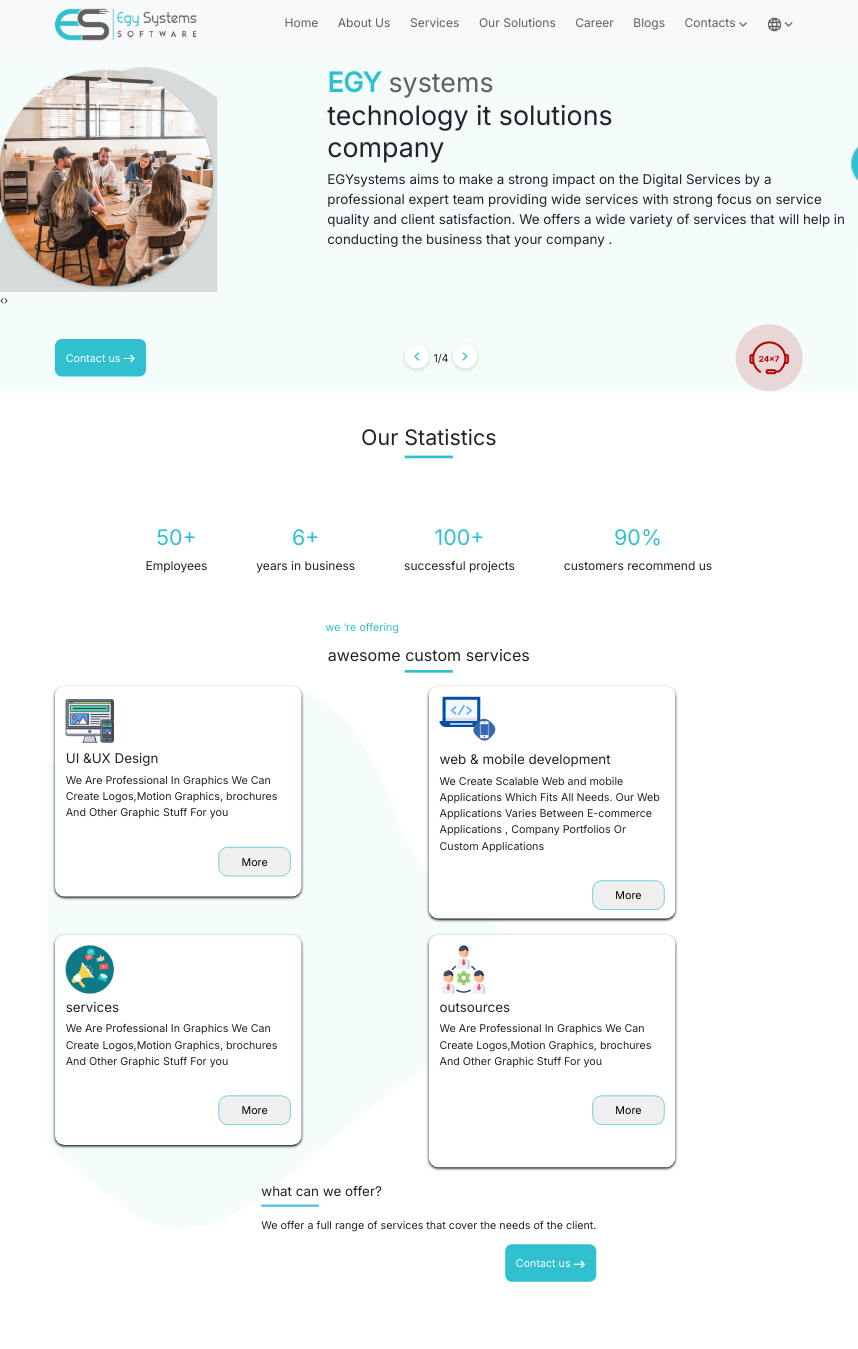
Repository: hamdyAbdelazeim/Egysystem-Home
Page: index.html
An editor plug-in stored every save of this project. The page is shown before and after a run of saves, followed by the edit.
The browser window is 1280 px wide. The pictures show the whole page, at 67% of full size.

Above is the page before, as saved 2023-07-13 17:07:58.

### index.html
<!DOCTYPE html>
<html lang="en">
  <head>
    <meta charset="UTF-8" />
    <meta name="viewport" content="width=device-width, initial-scale=1.0" />
    <title>Egy Systems</title>
    <!-- google fonts  -->
    <link rel="preconnect" href="https://fonts.googleapis.com" />
    <link rel="preconnect" href="https://fonts.gstatic.com" crossorigin />
    <link
      href="https://fonts.googleapis.com/css2?family=Inter&display=swap"
      rel="stylesheet"
    />
    <!-- bootstrap -->
    <link rel="stylesheet" href="/css/bootstrap.min.css" />
    <!-- owl css files  -->
    <link rel="stylesheet" href="/css/owl.carousel.min.css" />
    <link rel="stylesheet" href="/css/owl.theme.default.min.css" />
    <!-- css file  -->
    <link rel="stylesheet" href="/css/style.css" />
    <!-- Responsive file  -->
    <link rel="stylesheet" href="/css/responsive.css" />
  </head>
  <body>
    <!-- starting  Navbar  -->
    <nav class="navbar-cust navbar navbar-expand-lg bg-light fixed-top">
      <div class="container">
        <a href="#" class="navbar-brand"
          ><img src="/assets/logo 1.png" class="logo-img" alt="logo "
        /></a>

        <button
          class="navbar-toggler"
          type="button"
          data-bs-toggle="collapse"
          data-bs-target="#navmenu"
          style="border: none; box-shadow: none"
        >
          <span class="navbar-toggler-icon"
            ><img
              width="45"
              style="padding: 0.5rem"
              src="https://upload.wikimedia.org/wikipedia/commons/thumb/b/b2/Hamburger_icon.svg/120px-Hamburger_icon.svg.png"
              alt=""
          /></span>
        </button>

        <div class="collapse navbar-collapse" id="navmenu">
          <ul class="navbar-nav cust-ul">
            <li class="nav-item">
              <a href="#Home" class="nav-link cust-link">Home</a>
            </li>
            <li class="nav-item">
              <a href="#About" class="nav-link cust-link">About Us</a>
            </li>
            <li class="nav-item">
              <a href="#Services" class="nav-link cust-link">Services</a>
            </li>
            <li class="nav-item">
              <a href="#Solutions" class="nav-link cust-link">Our Solutions </a>
            </li>
            <li class="nav-item">
              <a href="#Career" class="nav-link cust-link">Career</a>
            </li>
            <li class="nav-item">
              <a href="#Blogs" class="nav-link cust-link">Blogs</a>
            </li>
            <li class="nav-item">
              <a href="" class="nav-link cust-link"
                >Contacts <img src="/assets/Vector.png" alt="vector"
              /></a>
            </li>
            <li class="nav-item">
              <a href="" class="nav-link language-icon"
                ><img src="/assets/language.png" alt="language" />
                <img src="/assets/Vector.png" alt=""
              /></a>
            </li>
          </ul>
        </div>
      </div>
    </nav>
    <!-- Ending Navbar  -->
    <!-- Home section  -->
    <div class="Home" id="Home">
      <div class="owl-carousel">
        <div
          class="container Home-up d-flex justify-content-center align-items-center"
        >
          <div class="Home-left">
            <h1>
              <strong class="Egy">EGY</strong>
              <span class="system">systems</span> <br />technology it
              solutions<br />
              company
            </h1>
            <p>
              EGYsystems aims to make a strong impact on the Digital Services by
              a professional expert team providing wide services with strong
              focus on service quality and client satisfaction. We offers a wide
              variety of services that will help in conducting the business that
              your company .
            </p>
          </div>
          <div class="Home-img">
            <img src="/assets/Ellipse 34.png" alt="" />
          </div>
        </div>
        <div
          class="container Home-up d-flex justify-content-center align-items-center"
        >
          <div class="Home-left">
            <h1>
              <strong class="Egy">EGY</strong>
              <span class="system">systems</span> <br />technology it
              solutions<br />
              company
            </h1>
            <p>
              EGYsystems aims to make a strong impact on the Digital Services by
              a professional expert team providing wide services with strong
              focus on service quality and client satisfaction. We offers a wide
              variety of services that will help in conducting the business that
              your company .
            </p>
          </div>
          <div class="Home-img">
            <img src="/assets/logo 1.png" alt="" />
          </div>
        </div>
        <div
          class="container Home-up d-flex justify-content-center align-items-center"
        >
          <div class="Home-left">
            <h1>
              <strong class="Egy">EGY</strong>
              <span class="system">systems</span> <br />technology it
              solutions<br />
              company
            </h1>
            <p>
              EGYsystems aims to make a strong impact on the Digital Services by
              a professional expert team providing wide services with strong
              focus on service quality and client satisfaction. We offers a wide
              variety of services that will help in conducting the business that
              your company .
            </p>
          </div>
          <div class="Home-img">
            <img src="/assets/service-item-2.png" alt="" />
          </div>
        </div>
      </div>

      <div class="container d-flex justify-content-between align-items-center">
        <button class="contactUs-btn">
          Contact us <img src="/assets/Vector (right).png" alt="" />
        </button>
        <div>
          <div class="d-flex align-items-center">
            <div>
              <img src="/assets/slider-left.png" alt="" />
            </div>
            <span>1/4</span>
            <div>
              <img src="/assets/slider-right.png" alt="" />
            </div>
          </div>
        </div>
        <img src="/assets//chat.png" alt="chat" />
      </div>
    </div>
    <!-- Ending Home  section  -->
    <!-- our statistics Section  -->
    <section class="our-statistics container w-100">
      <div class="statistics-up text-center">
        <h2>Our Statistics</h2>
        <p></p>
      </div>
      <div
        class="statistics-down d-flex align-items-center justify-content-between"
      >
        <div class="text-center">
          <h4>50+</h4>
          <p>Employees</p>
        </div>
        <div class="text-center">
          <h4>6+</h4>
          <p>years in business</p>
        </div>
        <div class="text-center">
          <h4>100+</h4>
          <p>successful projects</p>
        </div>
        <div class="text-center">
          <h4>90%</h4>
          <p>customers recommend us</p>
        </div>
      </div>
    </section>
    <!-- Ending our statistics  -->
    <!--  services   -->

    <!--  Ending services   -->
    <section class="services" id="services">
      <div class="service-up container">
        <p class="p-up">we ‘re offering</p>
        <h4 class="text-center">awesome custom services</h4>
        <p class="border-cust"></p>
      </div>
      <div class="service-down container d-flex align-items-center">
        <div class="service-down-left">
          <div class="service-item">
            <img src="/assets/service-item-1.png" alt="service-item-1" />
            <h5 class="mt-2">UI &UX Design</h5>
            <p>
              We Are Professional In Graphics We Can Create Logos,Motion
              Graphics, brochures And Other Graphic Stuff For you
            </p>
            <button>More</button>
          </div>
          <div class="service-item service-item-cust">
            <img src="/assets/service-item-2.png" alt="service-item-1" />
            <h5 class="mt-2">web & mobile development</h5>
            <p>
              We Create Scalable Web and mobile Applications Which Fits All
              Needs. Our Web Applications Varies Between E-commerce Applications
              , Company Portfolios Or Custom Applications
            </p>
            <button>More</button>
          </div>
          <div class="service-item">
            <img src="/assets/service-item-3.png" alt="service-item-1" />
            <h5 class="mt-2">services</h5>
            <p>
              We Are Professional In Graphics We Can Create Logos,Motion
              Graphics, brochures And Other Graphic Stuff For you
            </p>
            <button>More</button>
          </div>
          <div class="service-item service-item-cust">
            <img src="/assets/service-item-4.png" alt="service-item-1" />
            <h5 class="mt-2">outsources</h5>
            <p>
              We Are Professional In Graphics We Can Create Logos,Motion
              Graphics, brochures And Other Graphic Stuff For you
            </p>
            <button>More</button>
          </div>
        </div>
        <div class="service-down-right">
          <h5>what can we offer?</h5>
          <p class="border-p"></p>
          <p>
            We offer a full range of services that cover the needs of the
            client.
          </p>
          <button class="contactUs-btn float-end">
            Contact us <img src="/assets/Vector (right).png" alt="" />
          </button>
        </div>
      </div>
    </section>

    <!-- jquery cdn  -->
    <script
      src="https://cdnjs.cloudflare.com/ajax/libs/jquery/3.7.0/jquery.min.js"
      integrity="sha512-3gJwYpMe3QewGELv8k/BX9vcqhryRdzRMxVfq6ngyWXwo03GFEzjsUm8Q7RZcHPHksttq7/GFoxjCVUjkjvPdw=="
      crossorigin="anonymous"
      referrerpolicy="no-referrer"
    ></script>
    <!-- owl js file  -->
    <script src="/js/owl.carousel.min.js"></script>
    <!-- bootstrap js file  -->
    <script src="/js/bootstrap.bundle.min.js"></script>
    <script src="/js/project.js"></script>
  </body>
</html>

### css/style.css
/* setting my css roots  */

body {
  font-family: 'Inter', sans-serif;
}

:root {
  --primary: #30c0d0;
  --secondary: #606060;
  --third-party: #131313;
}

/* navbar  */
.cust-ul {
  width: 100%;
  justify-content: space-around;
  margin-left: 100px;
}

.cust-link {
  font-size: 18px;
  font-weight: 500;
  line-height: 22px;
  letter-spacing: 0em;
  text-align: left;
  color: var(--secondary);
  padding-bottom: 0.5rem;
}
.cust-link :hover {
  color: var(--primary) !important;
}
.nav-link:focus,
.nav-link:hover {
  color: var(--primary) !important;
  border-bottom: 2px solid var(--primary) !important;
  font-size: 20px;
}

.cust-link:active {
  color: var(--primary) !important;
  color: var(--primary) !important;
  border-bottom: 2px solid var(--primary) !important;
  font-size: 20px;
}

.language-icon {
  border-bottom: none !important;
  font-size: 12px !important;
}
/* Ending Navbar  */

/* Home Section  */
.Home {
  padding-top: 100px;
  background-color: #f4fcfc;
  /* background-image: url('/assets/Ellipse\ 36.png');
  background-repeat: no-repeat; */
}
.Home-img {
  width: 100%;
  background-image: url('/assets/Ellipse\ 36.png');
  background-repeat: no-repeat;
}
.Egy {
  color: var(--primary);
}
.system {
  color: var(--secondary);
}
.Home-left p {
  font-size: 20px;
}
.contactUs-btn {
  background-color: var(--primary);
  color: white;
  border: none;
  padding: 16px;
  border-radius: 10px;
  -webkit-border-radius: 10px;
  -moz-border-radius: 10px;
  -ms-border-radius: 10px;
  -o-border-radius: 10px;
}

/* Ending Home Section  */

/* our statistics Section  */

.our-statistics {
  width: 100%;
}
.statistics-up,
.statistics-down {
  padding-top: 50px;
  padding-bottom: 50px;
  width: 846px;
  margin: auto;
}
.statistics-up p {
  width: 72px;
  margin: auto;
  border-bottom: 4px solid var(--primary);
}
.statistics-down h4 {
  color: var(--primary);
  font-size: 32px;
}
.statistics-down p {
  font-size: 18px;
}

/* services */
.services {
  width: 100%;
}
.services .service-up {
  width: 332px;
  margin: auto;
  padding-bottom: 20px;
}
.services .service-up .p-up {
  text-align: start;
  font-size: 16px;
  color: var(--primary);
}

.services.service-up h4 {
  color: var(--third-party);
  font-size: 32px;
}
.services .service-up .border-cust {
  width: 72px;
  margin: auto;
  border-bottom: 4px solid var(--primary);
}

.service-down {
  background-image: url('/assets/Ellipse\ 53.png');
  background-repeat: no-repeat;
  margin-bottom: 100px;
}
.service-down .service-down-left {
  width: 65%;
  display: grid;
  grid-template-columns: auto auto;
}
.service-down .service-down-left .service-item {
  width: 368px;
  height: 314px;
  background-color: #ffffff;
  box-shadow: 0px 2px 4px 0px #000000;
  border-radius: 14px;
  -webkit-border-radius: 14px;
  -moz-border-radius: 14px;
  -ms-border-radius: 14px;
  -o-border-radius: 14px;
  padding: 1rem;
  margin-bottom: 1.5rem;
}
.service-down .service-down-left .service-item:hover {
  background-color: var(--primary);
  transition-duration: 0.3s;
  transition-timing-function: ease-in-out;
}
.service-down .service-down-left .service-item button {
  width: 108px;
  height: 44px;
  border: 1px solid var(--primary);
  padding: 0px, 16px, 0px, 16px;
  gap: 8px;
  border-radius: 14px;
  -webkit-border-radius: 14px;
  -moz-border-radius: 14px;
  -ms-border-radius: 14px;
  -o-border-radius: 14px;
  float: right;
  margin-top: 1.5rem;
}
.service-down .service-down-left .service-item button:hover {
  background-color: var(--secondary);
  border: 1px solid var(--third-party);
  transition-duration: 0.3s;
  transition-timing-function: ease-in-out;
  color: var(--primary);
}

.service-item-cust {
  height: 347px !important;
  margin-bottom: 1.5rem !important;
}

.border-p {
  width: 86px;
  border-bottom: 3px solid var(--primary);
}

.owl-carousel, .owl-carousel .owl-item

### css/responsive.css
@media only screen and (max-width: 1400px) {
  .service-down {
    flex-direction: column;
  }
  .service-down-left {
    width: 100% !important;
  }
}
@media only screen and (max-width: 1025px) {
  .cust-link {
    font-size: 15px !important;
  }
}
@media only screen and (max-width: 1000px) {
  /* navbar */
  .cust-ul {
    margin-left: 0;
  }
  .cust-link {
    font-size: 18px;
  }
  /* HOME section  */
  .Home-up {
    flex-wrap: wrap;
  }

  .Home-up img {
    width: 90%;
  }
  /* Our Statistics */
  .statistics-up,
  .statistics-down {
    width: 100%;
  }
  /* services */
  .service-down-left {
    grid-template-columns: auto !important;
  }
  .service-item {
    width: 100% !important;
  }
}

@media only screen and (max-width: 600px) {
  /* Our Statistics */
  .statistics-down {
    flex-direction: column;
  }
}

@media only screen and (max-width: 280px) {
  .logo-img {
    width: 160px;
  }
  .services .service-up {
    width: 270px;
  }
  .service-item p {
    font-size: 12px;
  }
}

### js/project.js
$(document).ready(function () {
  $('.owl-carousel').owlCarousel({
    items: 1,
    loop: true,
    autoplay: true,
    nav: true,
    // animateIn: 'flipInX',
  })
})

Loaded but not shown: css/bootstrap.min.css (library); css/owl.carousel.min.css (library); css/owl.theme.default.min.css (common file); js/owl.carousel.min.js (library); js/bootstrap.bundle.min.js (library)

After the next 4 saves:
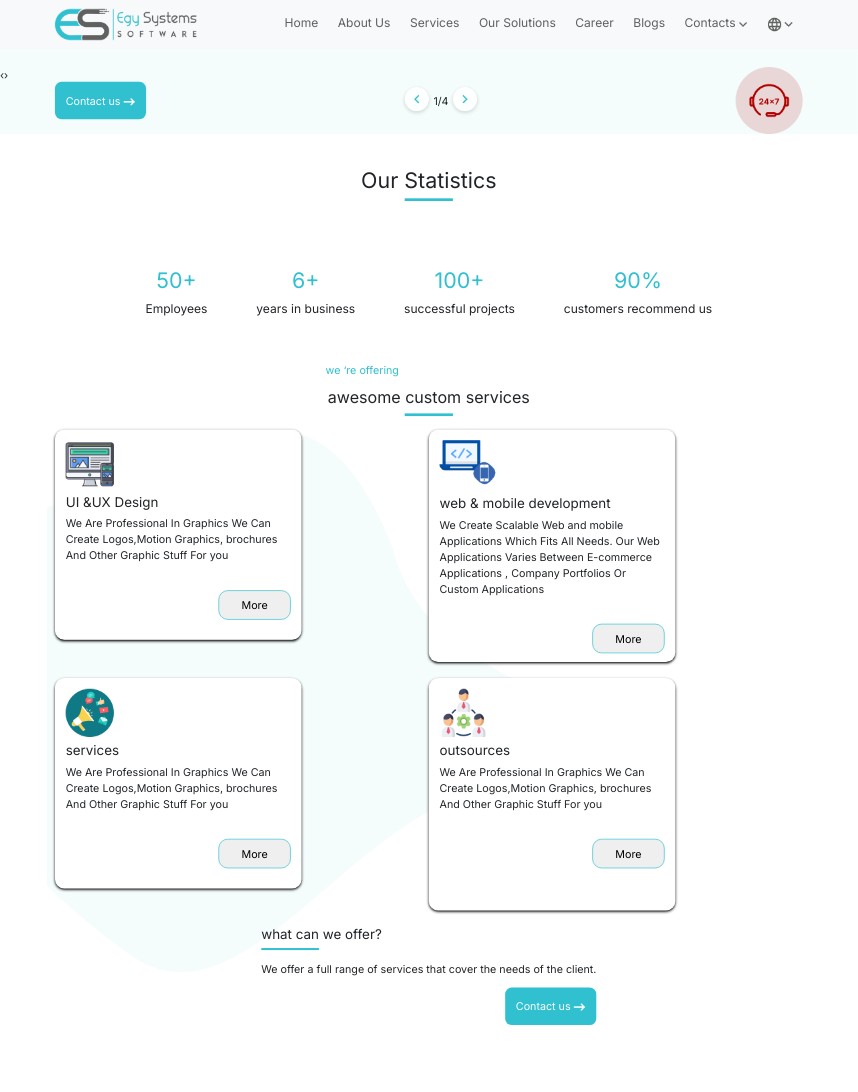
The 4 saves are shown as one change because they came seconds apart.
The last was saved 9 s later.
--- a/css/style.css
+++ b/css/style.css
@@ -194,4 +194,8 @@ body {
   border-bottom: 3px solid var(--primary);
 }
 
-.owl-carousel, .owl-carousel .owl-item
+.owl-carousel,
+.owl-carousel .owl-item {
+  position: absolute;
+
+}
